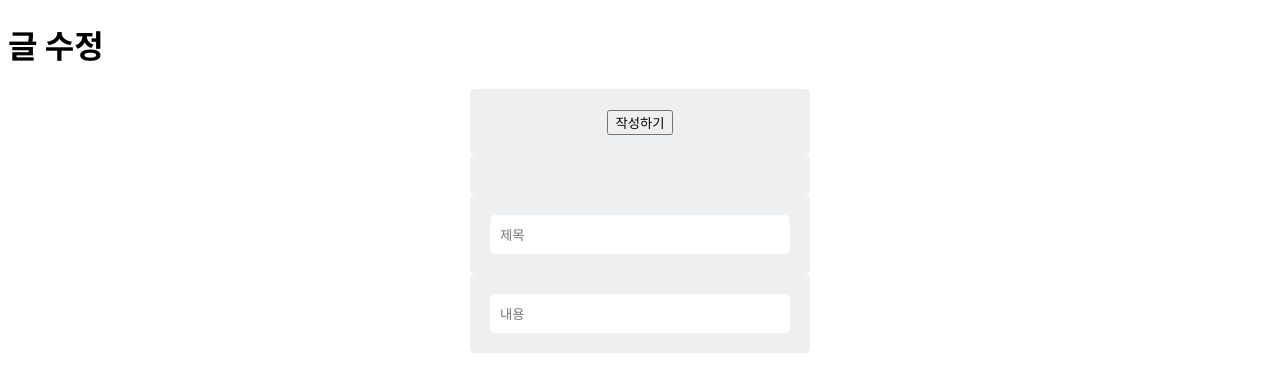
Repository: tae10/app-board-solo
Page: http://localhost/app-board/modify
These files come from the project's save history. The page is drawn as it stood at one moment and after the next save; the edit follows.
The browser window is 1280 px wide. The pictures show the whole page.
The page is served by Tomcat 9. Other server files are loaded and not shown. Queries for data that is not in the repository find no rows.

Above is the page before, as saved 2023-04-11 12:48:00.

### app-board/src/main/webapp/WEB-INF/views/board/setting.jsp
<%@ page language="java" contentType="text/html; charset=UTF-8"
    pageEncoding="UTF-8"%>
    <%@taglib prefix="c" uri="http://java.sun.com/jsp/jstl/core" %>
<!DOCTYPE html>
<html>
<head>
<meta charset="UTF-8">
<title>BOARD</title>
<link rel="stylesheet" href="/resource/css/style.css?${millis }">
</head>
<body>
	<h1>글 수정</h1>
	<c:if test="${param.cause eq 'error' }">
		글의 양식이 맞지 않습니다. 다시 작성해주세요
	</c:if>
	<form action="/modify-task">
	<input type="hidden" name="boardId" value="${board.boardId }"/>
		<div align="right">
			<button>작성하기</button>
		</div>
		<div>
		</div>
		<div>
			<input type="text" name="title" placeholder="제목" value="${board.title }"/>
		</div>
		<div>
			<input type="text" name="content" value="${board.content }" placeholder="내용">
		</div>
	</form>
</body>
</html>

### app-board/src/main/java/controller/modifyController.java
package controller;

import java.io.IOException;

import javax.servlet.ServletException;
import javax.servlet.annotation.WebServlet;
import javax.servlet.http.HttpServlet;
import javax.servlet.http.HttpServletRequest;
import javax.servlet.http.HttpServletResponse;

import org.apache.ibatis.session.SqlSession;
import org.apache.ibatis.session.SqlSessionFactory;

import data.Board;
import data.User;

@WebServlet("/modify")
public class modifyController extends HttpServlet{
	@Override
	protected void service(HttpServletRequest req, HttpServletResponse resp) throws ServletException, IOException {
		SqlSessionFactory factory = (SqlSessionFactory) req.getServletContext().getAttribute("sqlSessionFactory");
		SqlSession sqlSession = factory.openSession();
		User user =(User)req.getSession().getAttribute("logonUser");

		String boardId = req.getParameter("boardId");
		Board board = sqlSession.selectOne("boards.findByBoardId",boardId);
		req.setAttribute("board", board);

		req.getRequestDispatcher("/WEB-INF/views/board/setting.jsp").forward(req, resp);
	}
}

### app-board/src/main/webapp/resource/css/style.css
@import url('https://fonts.googleapis.com/css2?family=Noto+Sans+KR:wght@100;300;400;500;700;900&display=swap');

        * {
            font-family: 'Noto Sans KR', sans-serif;
        }

        body {
            background-color: #0000;
        }

        div {
            margin: auto;
            width: 300px;
            background-color: #EEEFF1;
            border-radius: 5px;
            text-align: center;
            padding: 20px;
        }

        input {
            width: 100%;
            padding: 10px;
            box-sizing: border-box;
            border-radius: 5px;
            border: none;
        }

        .in {
            margin-bottom: 10px;
        }

        #btn {
            background-color: #1BBC9B;
            margin-bottom: 30px;
            color: white;
        }

        a {
            text-decoration: none;
            color: #9B9B9B;
            font-size: 12px;
        }

### app-board/src/main/webapp/resource/css/moim.css
@charset "UTF-8";

@import
	url('https://fonts.googleapis.com/css2?family=Noto+Sans+KR:wght@100&display=swap')
	;

* {
	font-family: 'Noto Sans KR', sans-serif;
}

body {
	margin: 0;
}

a {
	text-decoration: none;
}

input, textarea, button,select {
	padding: 4px;
}

.root {
	display: flex;
	flex-direction: column;
	align-items: center;
	text-align: center;
	min-width: 70vw;
	height: 100vh;
	margin: auto;
}
.block {
	display: flex;
	flex-direction: column;
	gap: 2px;
	margin-bottom: 4px;
}

.block-row {
	display: flex;
	flex-direction: row;
	gap: 12px;
	margin-bottom: 8px;
	justify-content: flex-start;
	flex-wrap: wrap;
}
/* 모임쪽 css */
.moim-form {
	flex: 1;
	min-width: 80vh;
	display: flex;
	flex-direction: column;
	align-items: center;
	justify-content: center;
}
.moim-form > div, p {
	width : 100%;
}
.moim-form label {
	font-size: 1.0em;

}


.moim-brief-card {
	flex:1;
	margin: 12px;
	padding: 4px 16px;
	border :1px solid #888888;
	border-radius: 8px;
	background-color: slategrey;
	color :white;
	font-size: 0.9em;


}
.moim-brief-card:hover {
	color: black;
	background-color :lightgrey;
	font-weight: bold;
}


.moim-detail-card {
	width:32%;
	padding: 4px 16px;
	border :1px solid #888888;
	border-radius: 3px;
	font-size: 0.9em;
	box-sizing: border-box;
}
.moim-brief-card:hover {
	color: black;
	background-color :lightgrey;
	font-weight: bold;
}

/* 회원가입&로그인 CSS */
.sign-form {
	flex: 1;
	width: 90%;
	display: flex;
	flex-direction: column;
	align-items: center;
	justify-content: center;
}




.sign-form label {
	font-size: 1.2em;
	font-weight: bold;
}

.sign-form input {
	font-size: 1.1em;
	padding: 4px;
	text-align: center;
}

After the next save:
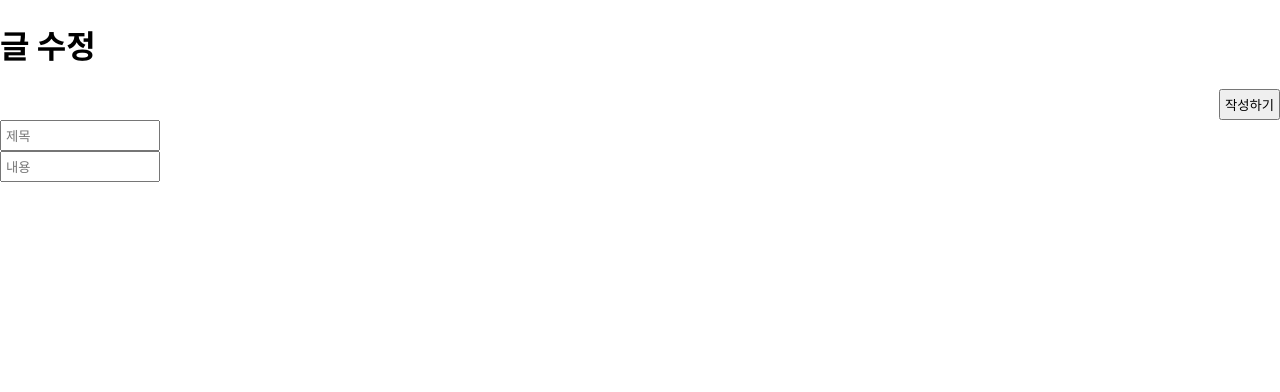
Saved 66 s later.
--- a/app-board/src/main/webapp/WEB-INF/views/board/setting.jsp
+++ b/app-board/src/main/webapp/WEB-INF/views/board/setting.jsp
@@ -6,7 +6,7 @@
 <head>
 <meta charset="UTF-8">
 <title>BOARD</title>
-<link rel="stylesheet" href="/resource/css/style.css?${millis }">
+<link rel="stylesheet" href="/resource/css/moim.css?${millis }">
 </head>
 <body>
 	<h1>글 수정</h1>

After the 2 saves that followed:
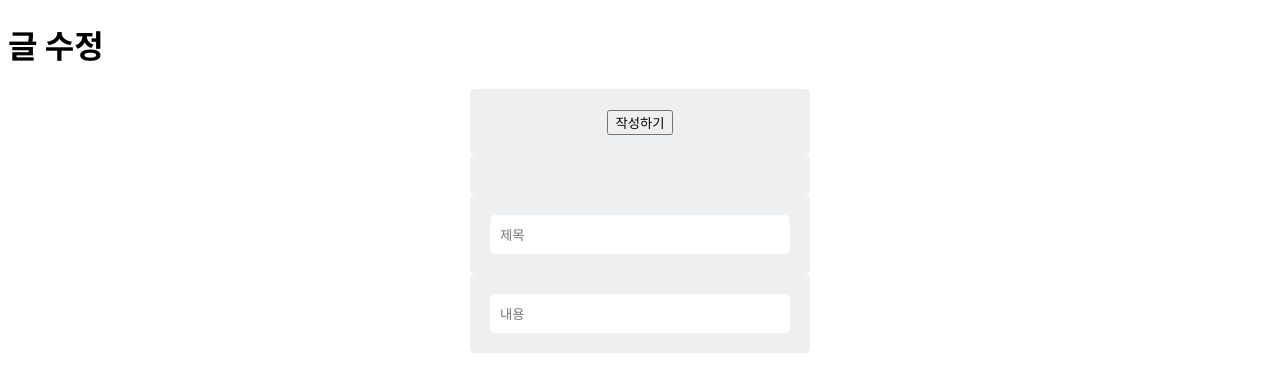
The 2 saves are shown as one change because 1 left the picture as it was.
The last was saved 81 s later.
--- a/app-board/src/main/webapp/WEB-INF/views/board/setting.jsp
+++ b/app-board/src/main/webapp/WEB-INF/views/board/setting.jsp
@@ -6,9 +6,9 @@
 <head>
 <meta charset="UTF-8">
 <title>BOARD</title>
-<link rel="stylesheet" href="/resource/css/moim.css?${millis }">
+<link rel="stylesheet" href="/resource/css/style.css?${millis }">
 </head>
-<body>
+<body >
 	<h1>글 수정</h1>
 	<c:if test="${param.cause eq 'error' }">
 		글의 양식이 맞지 않습니다. 다시 작성해주세요
